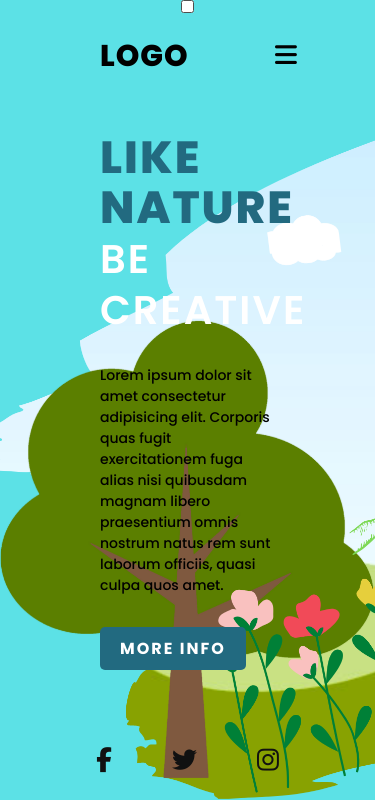
Repository: nganha241/CreativeNature
Page: index.html
The author's editor kept a copy of each file at every save. The page is drawn from the files as they stood at one save, then again after the next save.
The browser window is 375 px wide. The pictures show the whole page.
Some web libraries are served in a nearby version.

Above is the page before, as saved 2022-06-18 09:28:30.

After the next save:
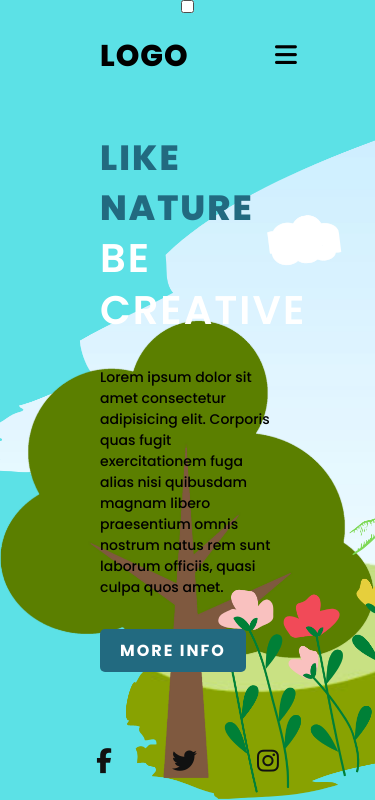
Saved 18 s later.
--- a/style.css
+++ b/style.css
@@ -212,5 +212,17 @@ label {
 }
 
 @media (max-width: 560px) {
-    fo
-}
+    .content .info h2 {
+        font-size: 35px;
+        line-height: 50px;
+    }
+
+    .content .info h2 span {
+        font-size: 40px;
+        font-weight: 600;
+    }
+
+    .content .info p {
+        font-size: 14px;
+    }
+}
